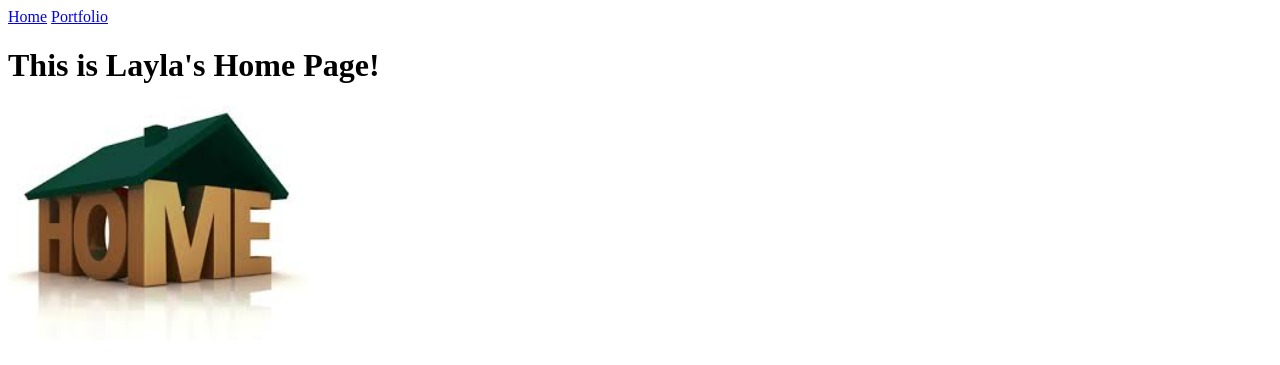
Repository: lalniami2024/lalniami2024.github.io
Page: my_website/index.html
The author's editor kept a record of every edit. The page is drawn from the files as they stood at one moment, then again after the next edit.
The browser window is 1280 px wide. The pictures show the whole page.

Above is the page before.

After the next edit:
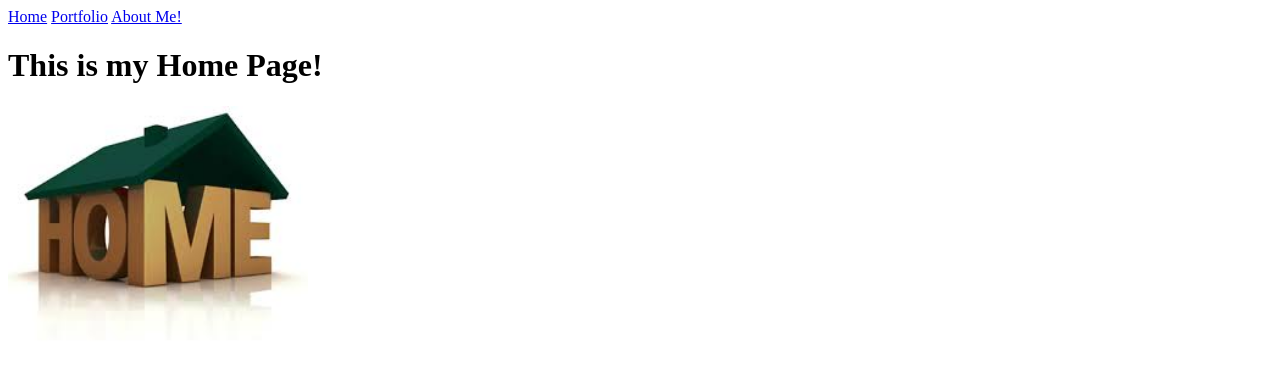
The edit:
--- a/my_website/index.html
+++ b/my_website/index.html
@@ -7,7 +7,8 @@
   <body>
     <a href="index.html">Home</a>
     <a href="portfolio.html">Portfolio</a>
-    <h1>This is Layla's Home Page!</h1>
-    <img src="home.jpg" height="250">
+    <a href="aboutme.html">About Me!</a>
+    <h1>This is my Home Page!</h1>
+    <img src="images/home.jpg" height="250">
   </body>
 </html>
